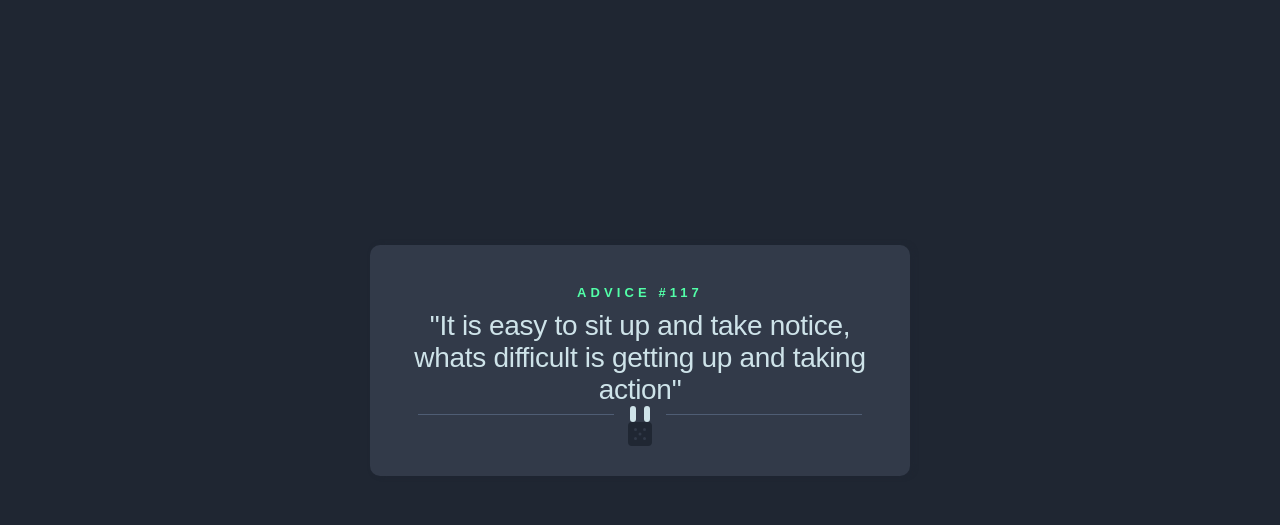
Repository: Arkitecth/advice-generator
Page: index.html
These files come from the project's save history. The page is drawn as it stood at one moment and after the next save; the edit follows.
The browser window is 1280 px wide. The pictures show the whole page.

Above is the page before, as saved 2023-07-12 17:44:47.

After the next save:
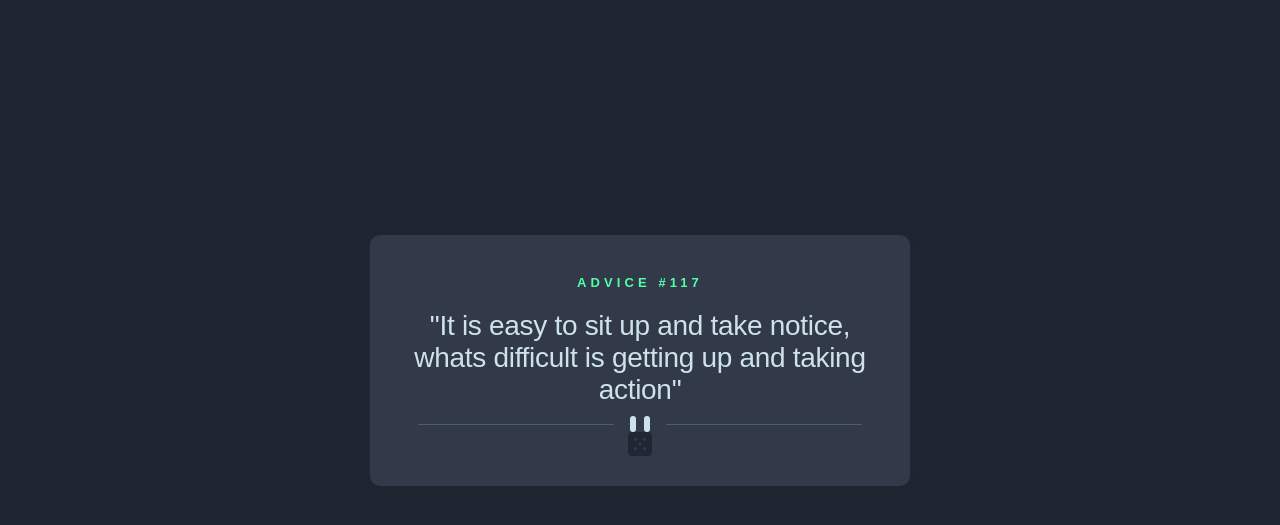
Saved 38 s later.
--- a/style.css
+++ b/style.css
@@ -49,4 +49,5 @@
     text-align: center;
     font-size: 28px;
     letter-spacing: -0.3px;
+    margin: 10px 10px;
 }
